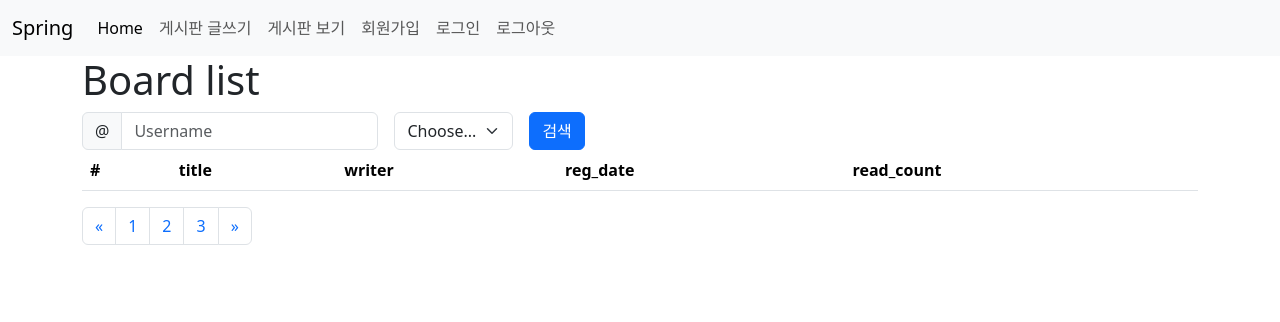
Repository: kimnoanoa/springTest240430
Page: http://localhost/spring_study/WEB-INF/views/board/list.jsp
An editor plug-in stored every save of this project. The page is shown before and after the next save, followed by the edit.
The browser window is 1280 px wide. The pictures show the whole page.
The page is served by Tomcat 9. Nobody is signed in. The template is opened directly, without the code that normally fills it, so the values that code supplies are empty.

Above is the page before, as saved 2024-04-24 08:12:00.

### spring_study/src/main/webapp/WEB-INF/views/board/list.jsp
<%@ page language="java" contentType="text/html; charset=UTF-8"
    pageEncoding="UTF-8"%>
  <%@ taglib uri="http://java.sun.com/jsp/jstl/core" prefix="c" %>

<jsp:include page="../layout/header.jsp"></jsp:include>
<div class="container-md">
	<h1>Board list</h1>
	<!-- 검색 -->
	<form class="row row-cols-lg-auto g-3 align-items-center">
  <div class="col-12">
    <label class="visually-hidden" for="inlineFormInputGroupUsername">Username</label>
    <div class="input-group">
      <div class="input-group-text">@</div>
      <input type="text" class="form-control" id="inlineFormInputGroupUsername" placeholder="Username">
    </div>
  </div>

  <div class="col-12">
    <label class="visually-hidden" for="inlineFormSelectPref">Preference</label>
    <select class="form-select" id="inlineFormSelectPref">
      <option selected>Choose...</option>
      <option value="1">One</option>
      <option value="2">Two</option>
      <option value="3">Three</option>
    </select>
  </div>

  <div class="col-12">
    <button type="submit" class="btn btn-primary">검색</button>
  </div>
</form>
	<table class="table table-hover">
		<thead>
			<tr>
				<th>#</th>
				<th>title</th>
				<th>writer</th>
				<th>reg_date</th>
				<th>read_count</th>
			</tr>
		</thead>
		<tbody>
			<c:forEach items="${list }" var="bvo">
			<tr>
				<td>${bvo.bno }</td>
				<td><a href="/board/detail?bno=${bvo.bno}">${bvo.title }</a></td>
				<td>${bvo.writer }</td>
				<td>${bvo.reg_date }</td>
				<td>${bvo.read_count }</td>
			</tr>
			</c:forEach>
		</tbody>
	</table>

	<!-- 페이지네이션 -->
	<nav aria-label="Page navigation example">
  <ul class="pagination">
    <li class="page-item">
      <a class="page-link" href="#" aria-label="Previous">
        <span aria-hidden="true">&laquo;</span>
      </a>
    </li>
    <li class="page-item"><a class="page-link" href="#">1</a></li>
    <li class="page-item"><a class="page-link" href="#">2</a></li>
    <li class="page-item"><a class="page-link" href="#">3</a></li>
    <li class="page-item">
      <a class="page-link" href="#" aria-label="Next">
        <span aria-hidden="true">&raquo;</span>
      </a>
    </li>
  </ul>
</nav>
</div>
<jsp:include page="../layout/footer.jsp"></jsp:include>

### spring_study/src/main/webapp/WEB-INF/views/layout/header.jsp
<%@ page language="java" contentType="text/html; charset=UTF-8"
    pageEncoding="UTF-8"%>
<!DOCTYPE html>
<html>
<head>
<meta charset="UTF-8">
<title>header.jsp</title>
</head>
<link href="https://cdn.jsdelivr.net/npm/bootstrap@5.3.3/dist/css/bootstrap.min.css" rel="stylesheet" integrity="sha384-QWTKZyjpPEjISv5WaRU9OFeRpok6YctnYmDr5pNlyT2bRjXh0JMhjY6hW+ALEwIH" crossorigin="anonymous">
<script src="https://cdn.jsdelivr.net/npm/bootstrap@5.3.3/dist/js/bootstrap.bundle.min.js" integrity="sha384-YvpcrYf0tY3lHB60NNkmXc5s9fDVZLESaAA55NDzOxhy9GkcIdslK1eN7N6jIeHz" crossorigin="anonymous"></script>
<body>
<nav class="navbar navbar-expand-lg bg-body-tertiary">
  <div class="container-fluid">
    <a class="navbar-brand" href="#">Spring</a>
    <button class="navbar-toggler" type="button" data-bs-toggle="collapse" data-bs-target="#navbarSupportedContent" aria-controls="navbarSupportedContent" aria-expanded="false" aria-label="Toggle navigation">
      <span class="navbar-toggler-icon"></span>
    </button>
    <div class="collapse navbar-collapse" id="navbarSupportedContent">
      <ul class="navbar-nav me-auto mb-2 mb-lg-0">
        <li class="nav-item">
          <a class="nav-link active" aria-current="page" href="#">Home</a>
        </li>
        <li class="nav-item">
          <a class="nav-link" href="/board/register">게시판 글쓰기</a>
        </li>
        <li class="nav-item">
          <a class="nav-link" href="/board/list">게시판 보기</a>
        </li>
        <li class="nav-item">
          <a class="nav-link" href="#">회원가입</a>
        </li>
        <li class="nav-item">
          <a class="nav-link" href="#">로그인</a>
        </li>
        <li class="nav-item">
          <a class="nav-link" href="#">로그아웃</a>
        </li>
        </ul>
    </div>
  </div>
</nav>

### spring_study/src/main/webapp/WEB-INF/views/layout/footer.jsp
<%@ page language="java" contentType="text/html; charset=UTF-8"
    pageEncoding="UTF-8"%>
<div>
<!-- 2024 Spring Project -->
</div>
</body>
</html>

After the next save:
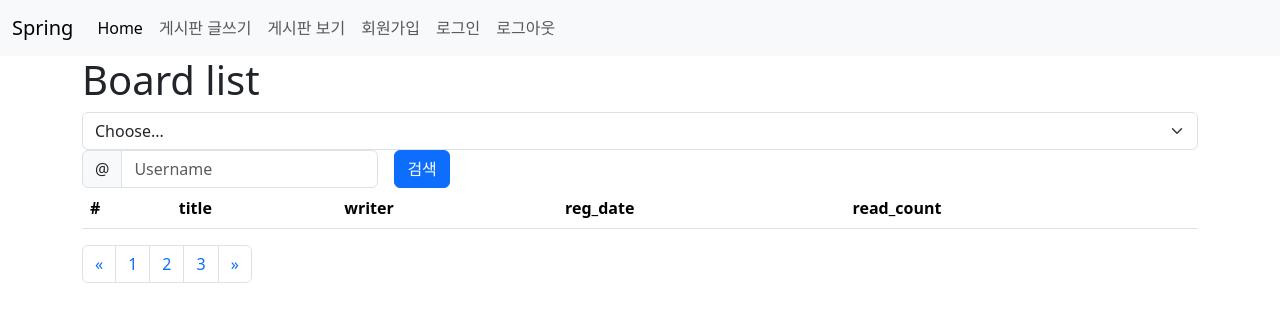
Saved 20 s later.
--- a/spring_study/src/main/webapp/WEB-INF/views/board/list.jsp
+++ b/spring_study/src/main/webapp/WEB-INF/views/board/list.jsp
@@ -6,6 +6,15 @@
 <div class="container-md">
 	<h1>Board list</h1>
 	<!-- 검색 -->
+  <div class="col-12">
+    <label class="visually-hidden" for="inlineFormSelectPref">Preference</label>
+    <select class="form-select" id="inlineFormSelectPref">
+      <option selected>Choose...</option>
+      <option value="1">One</option>
+      <option value="2">Two</option>
+      <option value="3">Three</option>
+    </select>
+  </div>
 	<form class="row row-cols-lg-auto g-3 align-items-center">
   <div class="col-12">
     <label class="visually-hidden" for="inlineFormInputGroupUsername">Username</label>
@@ -15,15 +24,6 @@
     </div>
   </div>
 
-  <div class="col-12">
-    <label class="visually-hidden" for="inlineFormSelectPref">Preference</label>
-    <select class="form-select" id="inlineFormSelectPref">
-      <option selected>Choose...</option>
-      <option value="1">One</option>
-      <option value="2">Two</option>
-      <option value="3">Three</option>
-    </select>
-  </div>
 
   <div class="col-12">
     <button type="submit" class="btn btn-primary">검색</button>

After the save that followed:
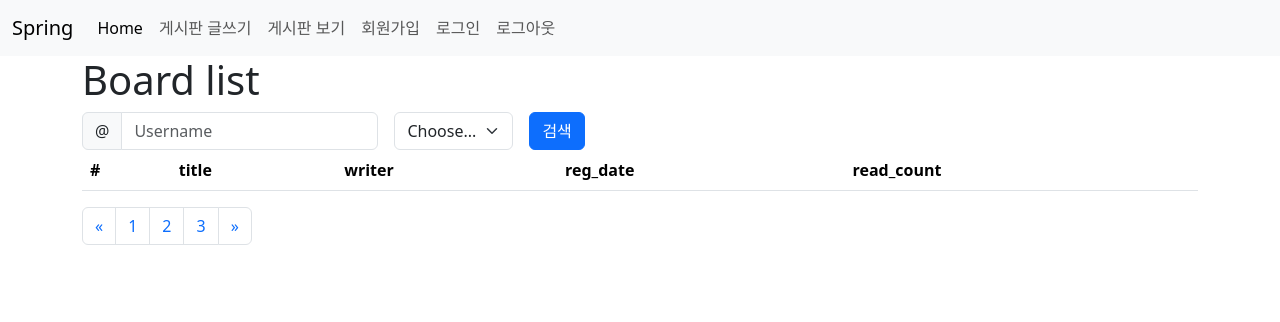
Saved 19 s later.
--- a/spring_study/src/main/webapp/WEB-INF/views/board/list.jsp
+++ b/spring_study/src/main/webapp/WEB-INF/views/board/list.jsp
@@ -6,6 +6,15 @@
 <div class="container-md">
 	<h1>Board list</h1>
 	<!-- 검색 -->
+	<form class="row row-cols-lg-auto g-3 align-items-center">
+  <div class="col-12">
+    <label class="visually-hidden" for="inlineFormInputGroupUsername">Username</label>
+    <div class="input-group">
+      <div class="input-group-text">@</div>
+      <input type="text" class="form-control" id="inlineFormInputGroupUsername" placeholder="Username">
+    </div>
+  </div>
+
   <div class="col-12">
     <label class="visually-hidden" for="inlineFormSelectPref">Preference</label>
     <select class="form-select" id="inlineFormSelectPref">
@@ -15,15 +24,6 @@
       <option value="3">Three</option>
     </select>
   </div>
-	<form class="row row-cols-lg-auto g-3 align-items-center">
-  <div class="col-12">
-    <label class="visually-hidden" for="inlineFormInputGroupUsername">Username</label>
-    <div class="input-group">
-      <div class="input-group-text">@</div>
-      <input type="text" class="form-control" id="inlineFormInputGroupUsername" placeholder="Username">
-    </div>
-  </div>
-
 
   <div class="col-12">
     <button type="submit" class="btn btn-primary">검색</button>
